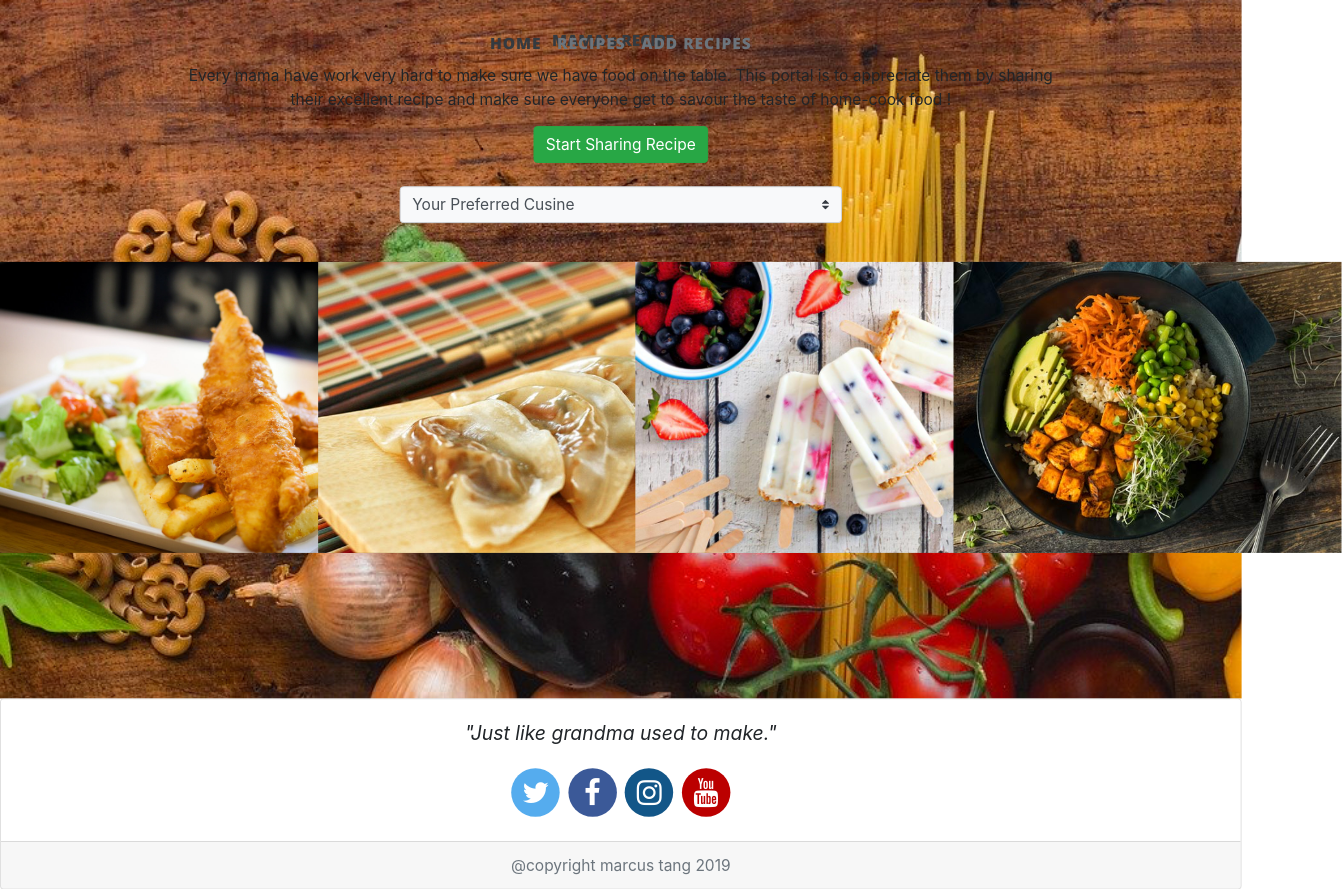
Repository: marstangg/mamasrecipes
Page: templates/index.html
The author's editor kept a record of every edit. The page is drawn from the files as they stood at one moment, then again after the next edit.
The browser window is 1280 px wide. The page is 1383 px wide, then 1280 px, so the pictures cover 1383 px, including what lies to the right of the window. The pictures show the whole page, at 97% of full size.
Some web libraries are served in a nearby version. The page is served by the project's application, run on Flask 3 (main.py). The template is opened directly, without the code that normally fills it, so the values that code supplies are empty.

Above is the page before.

### templates/index.html
{% extends 'base.html' %}

{% block content %}
<main class='container-fluid p-0'>
  <!--Page Header -->
  <div class="d-md-none d-block p-4"></div>
  <header class="masthead d-flex justify-content-center align-items-center">
    <div class='w-75 p-4 text-center'>
      <h1 class='navbar-brand'>MAMA's RECIPE</h1>
      <p>Every mama have work very hard to make sure we have food on the table. This portal is to appreciate them by sharing their excellent recipe and make sure everyone get to savour the taste of home-cook food !</p>
      <a class="btn btn-success" href="{{url_for('recipe_add')}}">Start Sharing Recipe</a>

      <form>
        <div class='form-group mt-4'>
          <select class='custom-select w-50 bg-light' onchange ="if (this.value)window.location.href=this.value">
            <option class=''bg-danger value=""> Your Preferred Cusine</option>
            <option value="/recipe_search/all">All recipes</option>
            <option value="/recipe_search/chinese">Chinese</option>
            <option value="/recipe_search/indian">Indian</option>
            <option value="/recipe_search/malay">Malay</option>
            <option value="/recipe_search/western">Western</option>
          </select>
        </div>
      </form>
    </div>

    </div>
  </header>
  <!--MENU -->
  <div class="row">
    <div class="col-3 menu-box">
      <img src="static/img/western.jpg" alt="western">
    </div>
    <div class="col-3 menu-box">
      <img src="static/img/gyoza.jpg" alt="asian">
    </div>
    <div class="col-3 menu-box">
      <img src="static/img/dessert.jpg" alt="dessert">
    </div>
    <div class="col-3 menu-box">
      <img src="static/img/vege.jpg" alt="veg">
    </div>
  </div>
</main>
{% endblock %}

### templates/base.html
<!doctype html>
<html lang="en">

<head>
  <!-- Required meta tags -->
  <meta charset="utf-8">
  <meta name="viewport" content="width=device-width, initial-scale=1, shrink-to-fit=no">

  <!-- Custom fonts for this template -->
  <link rel="stylesheet" href="https://cdnjs.cloudflare.com/ajax/libs/font-awesome/4.7.0/css/font-awesome.min.css">
  <link href='https://fonts.googleapis.com/css?family=Lora:400,700,400italic,700italic' rel='stylesheet' type='text/css'>
  <link href='https://fonts.googleapis.com/css?family=Open+Sans:300italic,400italic,600italic,700italic,800italic,400,300,600,700,800' rel='stylesheet' type='text/css'>

  <!-- Bootstrap CSS -->
  <link rel="stylesheet" href="https://maxcdn.bootstrapcdn.com/bootstrap/4.0.0/css/bootstrap.min.css" integrity="sha384-Gn5384xqQ1aoWXA+058RXPxPg6fy4IWvTNh0E263XmFcJlSAwiGgFAW/dAiS6JXm" crossorigin="anonymous">

  <!-- Custom styles for this template -->
  <link href="/static/css/style.css" rel="stylesheet">

  <title>Mama's Recipe | A portal for everyone to share their mama's recipes</title>
</head>

<body>
  <!-- Navigation -->
  <nav class="navbar navbar-expand-lg navbar-light fixed-top {% block navbg %} bg-transparent {% endblock %}" id="mainNav">
    <div class="container">

      <button class="navbar-toggler navbar-toggler-right text-white" type="button" data-toggle="collapse" data-target="#navbarResponsive" aria-controls="navbarResponsive" aria-expanded="false" aria-label="Toggle navigation">
        Menu
      </button> {% block navbrand %} {% endblock %}
      <div class="collapse navbar-collapse" id="navbarResponsive">
        <ul class="navbar-nav mx-auto mt-4">
          <a class="nav-item mx-2 {% block navhome %} text-dark {% endblock %}" href="{{url_for('index')}}"> Home </a>
          <a class="nav-item mx-2 {% block navrecipes %} text-secondary {% endblock %}" href="{{url_for('recipes')}}"> Recipes</a>
          <a class="nav-item mx-2 {% block navadd %} text-secondary {% endblock %}" href="{{url_for('recipe_add')}}"> Add Recipes</a>
        </ul>
      </div>
    </div>
  </nav>

  {% block content %} {% endblock %}

  <footer>
    <div class="card text-center">
      <div class="card-body">
        <!--<h5 class="card-title">""</h5>-->
        <blockquote class="blockquote">
          <p class="mb-0 font-italic">"Just like grandma used to make."</p>
        </blockquote>

        <div>
          <a href="#" class="fa fa-twitter"></a>
          <a href="#" class="fa fa-facebook"></a>
          <a href="#" class="fa fa-instagram"></a>
          <a href="#" class="fa fa-youtube"></a>
    </div>

      </div>
      <div class="card-footer text-muted">
        @copyright marcus tang 2019
      </div>
    </div>
  </footer>
  <!-- Optional JavaScript -->
  <!-- jQuery first, then Popper.js, then Bootstrap JS -->
  <script src="https://code.jquery.com/jquery-3.2.1.slim.min.js" integrity="sha384-KJ3o2DKtIkvYIK3UENzmM7KCkRr/rE9/Qpg6aAZGJwFDMVNA/GpGFF93hXpG5KkN" crossorigin="anonymous"></script>
  <script src="https://cdnjs.cloudflare.com/ajax/libs/popper.js/1.12.9/umd/popper.min.js" integrity="sha384-ApNbgh9B+Y1QKtv3Rn7W3mgPxhU9K/ScQsAP7hUibX39j7fakFPskvXusvfa0b4Q" crossorigin="anonymous"></script>
  <script src="https://maxcdn.bootstrapcdn.com/bootstrap/4.0.0/js/bootstrap.min.js" integrity="sha384-JZR6Spejh4U02d8jOt6vLEHfe/JQGiRRSQQxSfFWpi1MquVdAyjUar5+76PVCmYl" crossorigin="anonymous"></script>
</body>

</html>

### main.py
from flask import Flask, render_template, request
import os

app = Flask(__name__)

@app.route("/")
def index():
    return render_template("index.html")

if __name__  == '__main__':
    app.run(host=os.environ.get('IP'),
            port=int(os.environ.get('PORT')),
            debug=True)

Loaded but not shown: static/css/style.css (common file)

After the next edit:
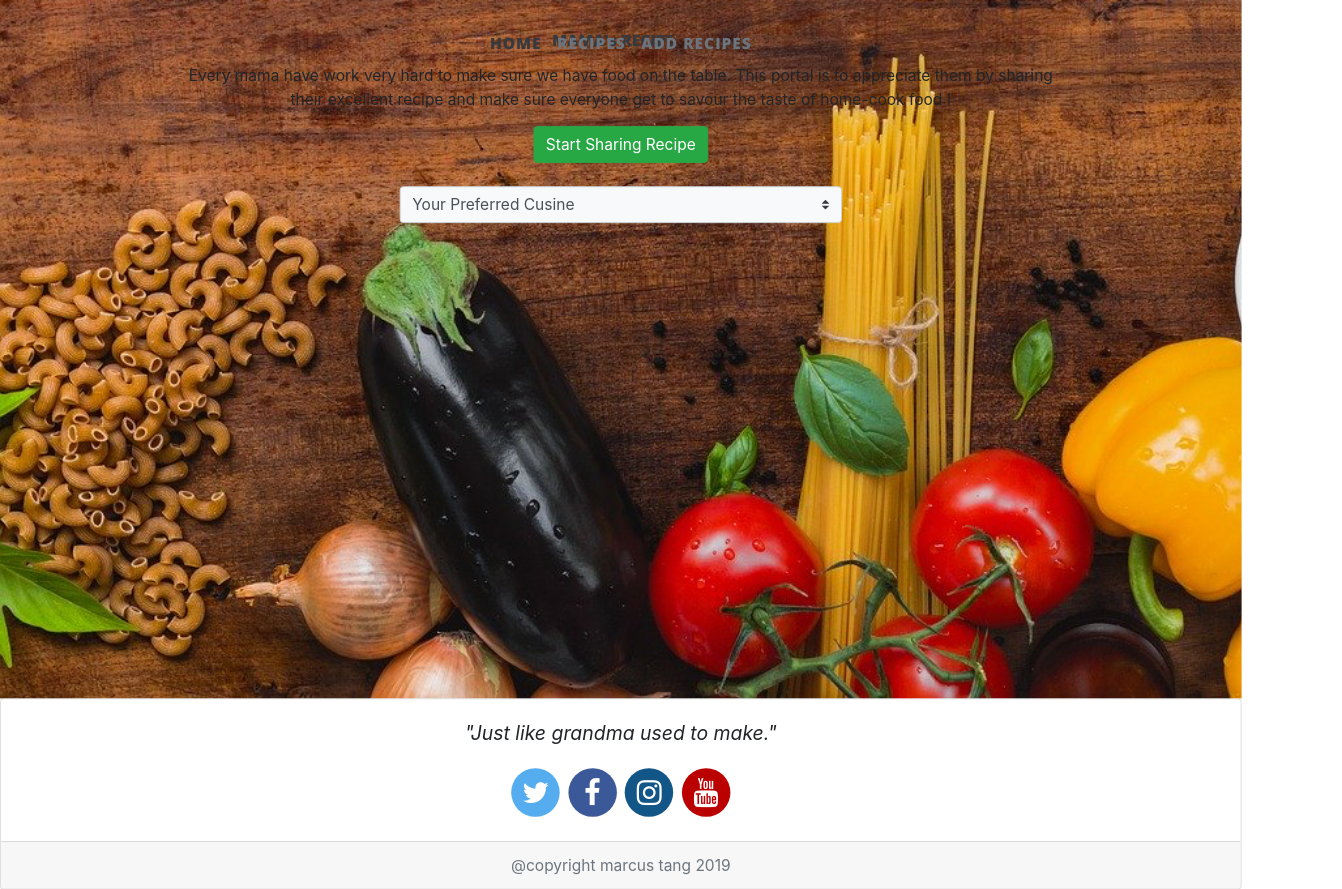
The edit:
--- a/templates/index.html
+++ b/templates/index.html
@@ -27,19 +27,19 @@
     </div>
   </header>
   <!--MENU -->
-  <div class="row">
-    <div class="col-3 menu-box">
-      <img src="static/img/western.jpg" alt="western">
-    </div>
-    <div class="col-3 menu-box">
-      <img src="static/img/gyoza.jpg" alt="asian">
-    </div>
-    <div class="col-3 menu-box">
-      <img src="static/img/dessert.jpg" alt="dessert">
-    </div>
-    <div class="col-3 menu-box">
-      <img src="static/img/vege.jpg" alt="veg">
-    </div>
-  </div>
+  <!--<div class="row">-->
+  <!--  <div class="col-3 menu-box">-->
+  <!--    <img src="static/img/western.jpg" alt="western">-->
+  <!--  </div>-->
+  <!--  <div class="col-3 menu-box">-->
+  <!--    <img src="static/img/gyoza.jpg" alt="asian">-->
+  <!--  </div>-->
+  <!--  <div class="col-3 menu-box">-->
+  <!--    <img src="static/img/dessert.jpg" alt="dessert">  -->
+  <!--  </div>-->
+  <!--  <div class="col-3 menu-box">-->
+  <!--    <img src="static/img/vege.jpg" alt="veg">  -->
+  <!--  </div>-->
+  <!--</div>-->
 </main>
 {% endblock %}
